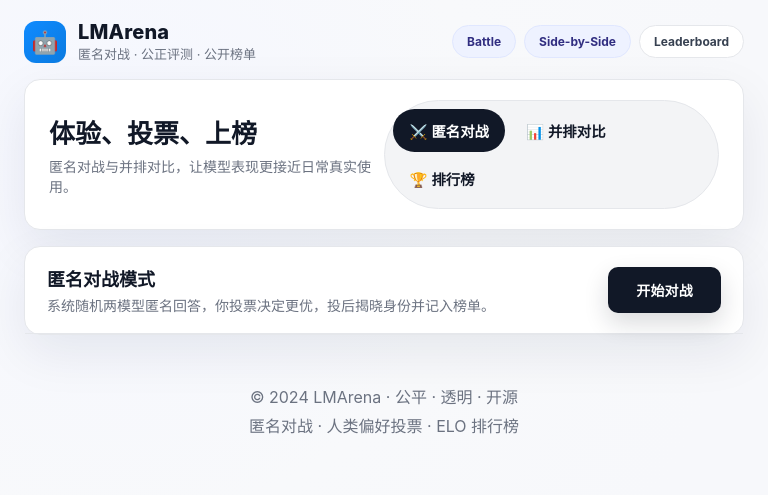
Repository: tabbycat7/EQ-of-The-LLMs
Page: templates/index.html
The author's editor kept a copy of each file at every save. The page is drawn from the files as they stood at one save, then again after the next save.
The browser window is 768 px wide. The pictures show the whole page.

Above is the page before, as saved 2025-12-15 21:18:50.

After the next save:
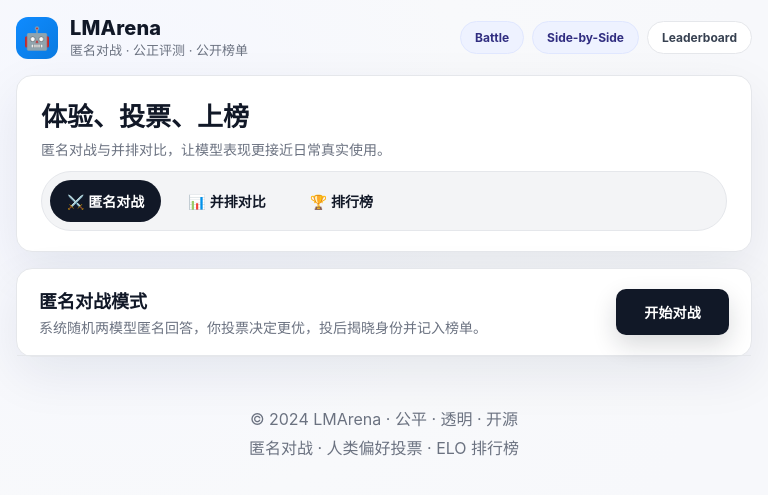
Saved 10 s later.
--- a/static/css/style.css
+++ b/static/css/style.css
@@ -538,6 +538,16 @@
 
 /* 响应式设计 */
 @media (max-width: 768px) {
+    .page {
+        padding: 16px;
+    }
+
+    .hero {
+        flex-direction: column;
+        gap: 12px;
+        align-items: flex-start;
+    }
+
     .responses-grid {
         grid-template-columns: 1fr;
     }
@@ -549,8 +559,8 @@
     .leaderboard-row {
         grid-template-columns: 60px 1fr 80px 80px;
         gap: 10px;
-        padding: 15px;
-        font-size: 0.9em;
+        padding: 14px;
+        font-size: 0.92em;
     }
 
     .leaderboard-row .stat:nth-child(5),
@@ -559,15 +569,6 @@
     }
 
     .mode-selector {
-        gap: 5px;
-    }
-
-    .mode-btn {
-        padding: 10px 15px;
-        font-size: 0.9em;
-    }
-
-    .logo {
-        font-size: 2em;
-    }
-}
+        width: 100%;
+    }
+}
